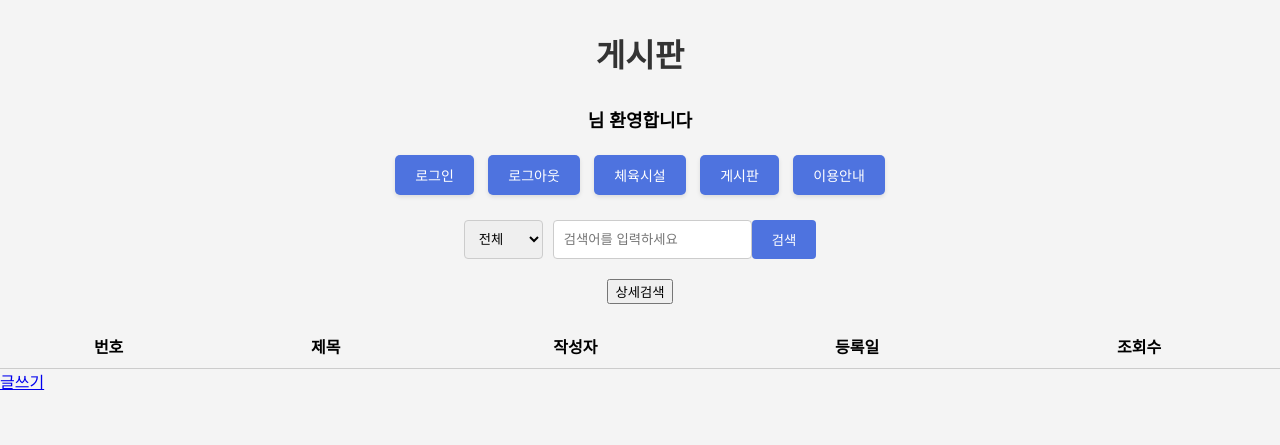
Repository: shinyunseok/portfolio1
Page: http://localhost/portfolio/WEB-INF/board/getBoard.jsp
The author's editor kept a copy of each file at every save. The page is drawn from the files as they stood at one save, then again after the next save.
The browser window is 1280 px wide. The pictures show the whole page.
The page is served by Tomcat 10. Nobody is signed in. The template is opened directly, without the code that normally fills it, so the values that code supplies are empty.

Above is the page before, as saved 2023-05-26 06:39:01.

After the next save:
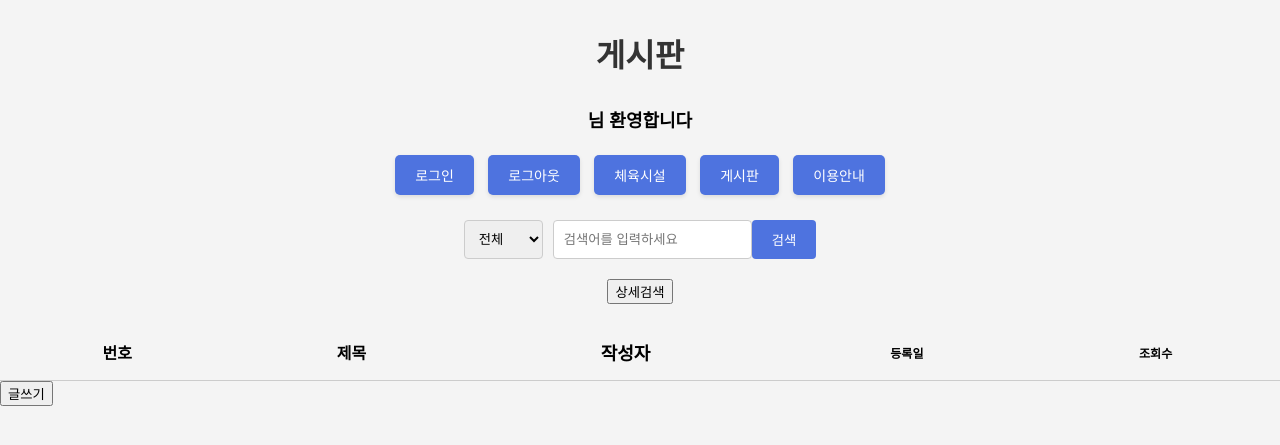
Saved 5 min 33 s later.
--- a/portfolio/src/main/webapp/WEB-INF/board/getBoard.jsp
+++ b/portfolio/src/main/webapp/WEB-INF/board/getBoard.jsp
@@ -100,7 +100,7 @@ thead {
 }
 
 th, td {
-  padding: 10px;
+  padding: 15px;
   text-align: center;
   border-bottom: 1px solid #ccc;
 }
@@ -113,6 +113,18 @@ tbody tr:hover {
   background-color: #ebebeb;
 }
 
+/* 테이블 셀 스타일 */
+th:nth-child(4),
+td:nth-child(4),
+th:nth-child(5),
+td:nth-child(5) {
+  font-size: 12px;
+}
+
+th:nth-child(3),
+td:nth-child(3) {
+  font-size: 18px;
+}
 
 /* selectEvent 스타일 */
 .selectEvent {
@@ -274,7 +286,7 @@ tbody tr:hover {
     </c:forEach>
   </table>
 
-  <a href="#">글쓰기</a>
+  <button class="write-button" onclick="location.href='#'">글쓰기</button>
 
   <script>
     function toggleAdvancedSearch() {
